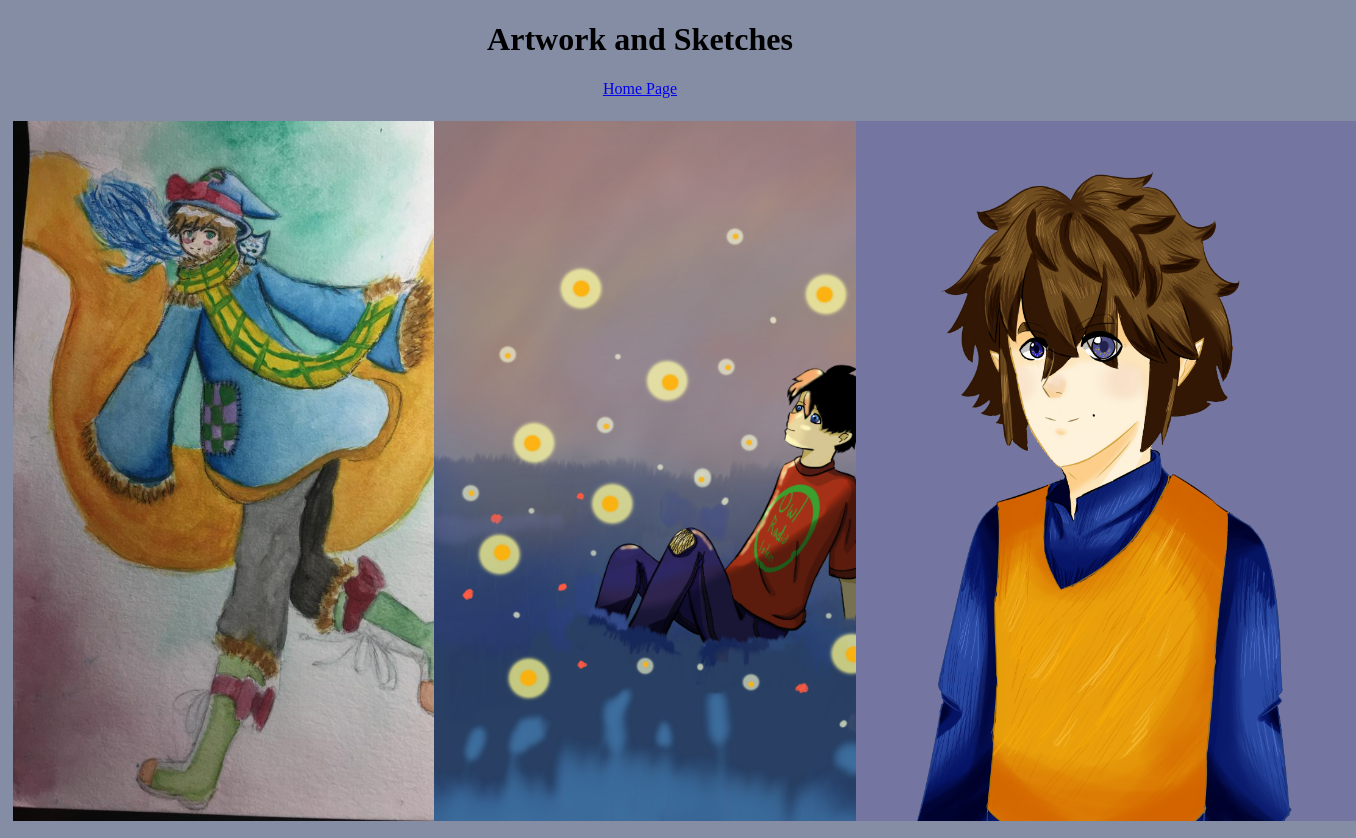
Repository: MaiJun21/MaiJun21.github.io
Page: drawings and artwork.html
The author's editor kept a record of every edit. The page is drawn from the files as they stood at one moment, then again after the next edit.
The browser window is 1280 px wide. The page is 1356 px wide, so the pictures cover 1356 px, including what lies to the right of the window. The pictures show the whole page.

Above is the page before.

### drawings and artwork.html
<!DOCTYPE html>
<html>
     <style>
    body{
        background-image: url('images/bg.png');
    }
    </style>
<head>
<title>Page Title</title>
</head>

<center>
<body>

<h1 style="text-align:center;">Artwork and Sketches</h1>
<a href="index.html">Home Page</a>
<br>
<br>

<style>
* {
  box-sizing: border-box;
}

.column {
  float: left;
  width: 33.33%;
  padding: 5px;
}

/* Clearfix (clear floats) */
.row::after {
  content: "";
  clear: both;
  display: table;
}
</style>
</head>
<body>

<div class="row">
  <div class="column">
    <img src="images/scarecrow_as_wizard.jpg" alt="Drawing of Scarecrow from Wizard of Oz as an rpg magic class" width="500" height="700">
  </div>
  <div class="column">
    <img img src="images/fairy_lights.png" alt="Fairy Lights" width="500" height="700">

  </div>
  <div class="column">
    <img img src="images/ladon_sprite.png" alt="Ladon" width="500" height="700">

  </div>
</div>






</body>
</center>
</html>

After the next edit:
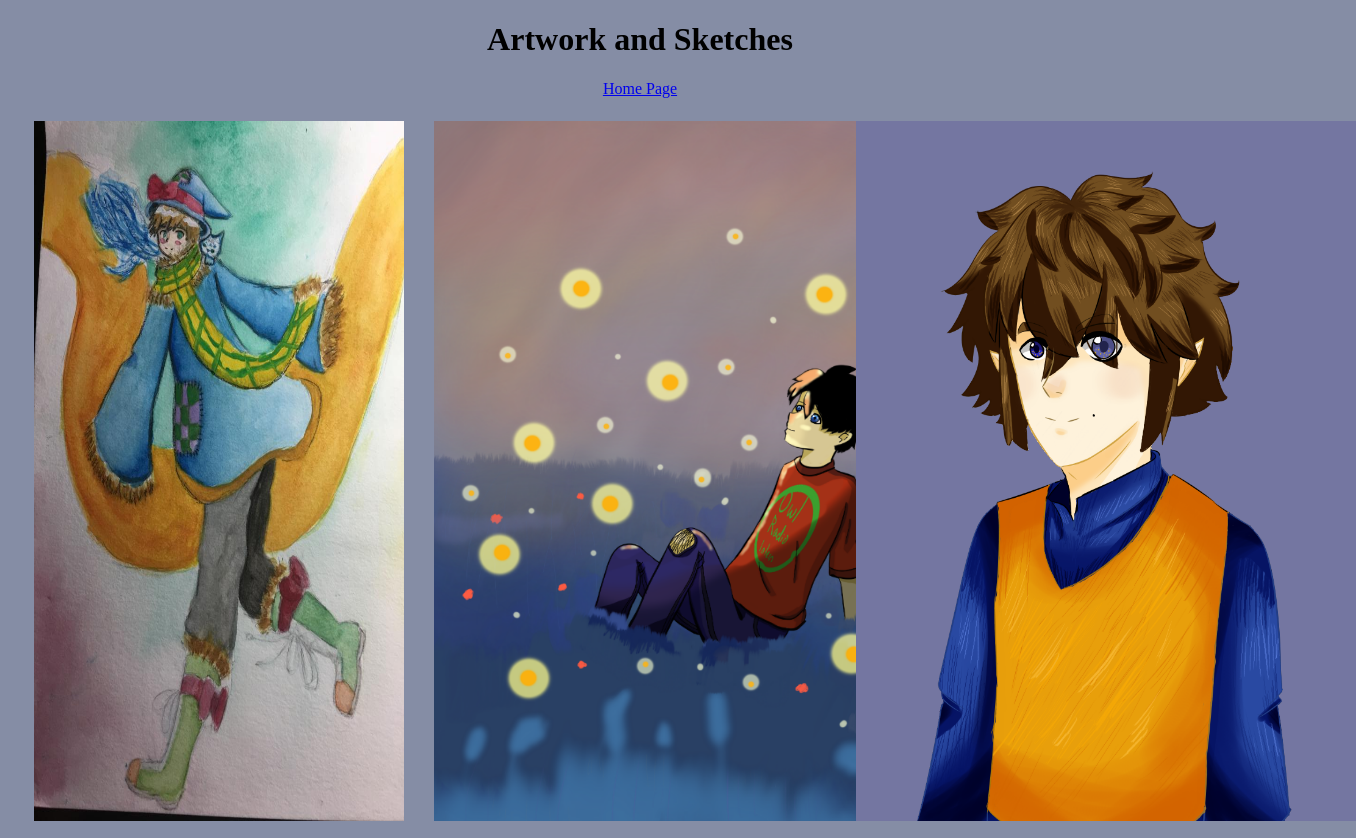
The edit:
--- a/drawings and artwork.html
+++ b/drawings and artwork.html
@@ -40,7 +40,7 @@
 
 <div class="row">
   <div class="column">
-    <img src="images/scarecrow_as_wizard.jpg" alt="Drawing of Scarecrow from Wizard of Oz as an rpg magic class" width="500" height="700">
+    <img src="images/scarecrow_as_wizard.jpg" alt="Drawing of Scarecrow from Wizard of Oz as an rpg magic class" width="500" height="700" style="width:90%">
   </div>
   <div class="column">
     <img img src="images/fairy_lights.png" alt="Fairy Lights" width="500" height="700">
